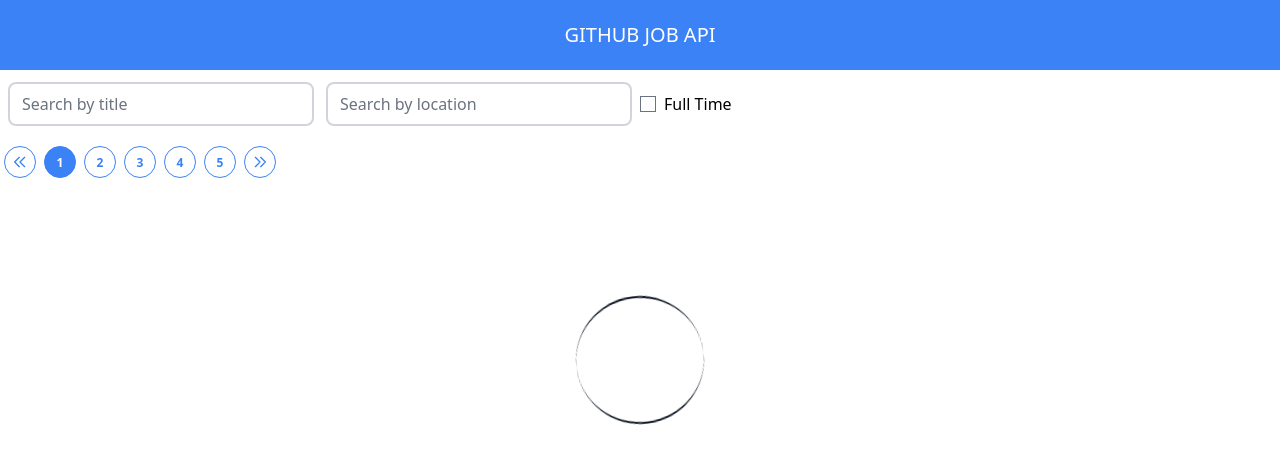
Repository: ShamroOoz/Github-job-api-React-Tailwind
Page: /
The author's editor kept a copy of each file at every save. The page is drawn from the files as they stood at one save, then again after the next save.
The browser window is 1280 px wide. The pictures show the whole page.
The page's requests for data from a server got no answer. The project was rebuilt for these pictures with package versions that can differ from the ones it lists, and the page was loaded fresh each time. No one was signed in, and anything a server would have sent is missing. Also part of the build but not shown: craco.config.js, src/components/Reducer/Job.js.

Above is the page before, as saved 2021-03-21 17:39:41.

### src/index.css
@tailwind base;
@tailwind components;
@tailwind utilities;

.text-style {
  @apply w-3/5 outline-none border-0 focus:ring-2 ring-indigo-600 border-2 border-gray-300 rounded-lg placeholder-gray-500 placeholder-opacity-100;
}

### src/App.js
import { useState } from "react";
import { useFetch } from "./components/Hooks/useFetch";
import NavBar from "./components/NavBar";
import SearchForm from "./components/SearchForm";
import Pagination from "./components/Pagination";
import Job from "./components/Reducer/Job";
import Spinner from "./components/Spinner";

function App() {
  const [params, setparam] = useState({});
  const [page, setpage] = useState(1);
  const { jobs, loading, error } = useFetch(params, page);

  const handleparamchange = (e) => {
    setpage(1);
    let param = e.target.name;
    let value = e.target.value;
    setparam((prevparams) => {
      return { ...prevparams, [param]: value };
    });
  };

  return (
    <>
      <NavBar />
      <SearchForm handleparamchange={handleparamchange} params={params} />
      {/* <div className="px-2">
        {loading && <div className="text-3xl font-bold">Loading..</div>}
        {error && (
          <div className="text-lg text-red-500">Error..Try refreshing</div>
        )}
        <div>
          {jobs &&
            jobs.map((job) => (
              <li className="leading-7 text-xl" key={job.id}>
                {job.title}
              </li>
            ))}
        </div>
      </div> */}
      {/* <Job /> */}
      <Spinner />
      <Pagination />
    </>
  );
}

export default App;

### src/components/Hooks/useFetch.js
import { useReducer, useEffect } from "react";
import axios from "axios";
import { reducer, ACTIONS } from "../Reducer/Reduce";

//
const { MAKE_REQUEST, GET_DATA, ERROR } = ACTIONS;
const BASE_URL =
  "https://secret-ocean-49799.herokuapp.com/https://jobs.github.com/positions.json";

const initialState = {
  jobs: [],
  loading: false,
  error: false,
};

export const useFetch = (params, page) => {
  const [state, dispatch] = useReducer(reducer, initialState);

  //useeffect hook to get data

  useEffect(() => {
    const cancelToken = axios.CancelToken.source();
    dispatch({ type: MAKE_REQUEST, payload: "" });
    axios
      .get(BASE_URL, {
        cancelToken: cancelToken.token,
        params: {
          markdown: true,
          page: page,
          ...params,
        },
      })
      .then((res) => {
        dispatch({ type: GET_DATA, payload: res.data });
        console.log(res.data);
      })
      .catch((err) => {
        if (axios.isCancel(err)) return;
        dispatch({ type: ERROR, payload: err });
      });
    //clean up
    return () => {
      cancelToken.cancel();
    };
  }, [page, params]);

  return state;
};

### src/components/NavBar.js
import React from "react";

const NavBar = () => {
  return (
    <nav className="relative flex flex-wrap items-center justify-center px-2 py-3 navbar-expand-lg bg-blue-500 ">
      <h2 className=" inline-block py-2 whitespace-no-wrap uppercase text-xl font-normal leading-normal  text-white">
        Github Job Api
      </h2>
    </nav>
  );
};

export default NavBar;

### src/components/SearchForm.js
import React from "react";

const SearchForm = ({ handleparamchange, params }) => {
  return (
    <form>
      <div className="grid grid-cols-2  ">
        <div className="py-3 px-2 flex space-x-3 ">
          <input
            className="text-style"
            type="text"
            placeholder={`Search by title `}
            name="description"
            value={params.description || ""}
            onChange={handleparamchange}
          />
          <input
            className="text-style"
            type="text"
            placeholder={`Search by location`}
            name="location"
            value={params.location || ""}
            onChange={handleparamchange}
          />
        </div>
        <div className="flex">
          <label className="flex items-center">
            <input
              type="checkbox"
              value={params.full_time || ""}
              onChange={handleparamchange}
            />
            <span className="ml-2">Full Time </span>
          </label>
        </div>
      </div>
    </form>
  );
};

export default SearchForm;

### src/components/Pagination.js
import React from "react";

const Pagination = () => {
  return (
    <div className="py-2">
      <nav className="block">
        <ul className="flex pl-0 rounded list-none flex-wrap">
          <li>
            <a
              href="#pablo"
              className="first:ml-0 text-xs font-semibold flex w-8 h-8 mx-1 p-0 rounded-full items-center justify-center leading-tight relative border border-solid border-blue-500 bg-white text-blue-500"
            >
              <svg
                xmlns="http://www.w3.org/2000/svg"
                fill="none"
                viewBox="0 0 24 24"
                stroke="currentColor"
                className="w-4"
              >
                <path
                  strokeLinecap="round"
                  strokeLinejoin="round"
                  strokeWidth="2"
                  d="M11 19l-7-7 7-7m8 14l-7-7 7-7"
                />
              </svg>
            </a>
          </li>
          <li>
            <a
              href="#pablo"
              className="first:ml-0 text-xs font-semibold flex w-8 h-8 mx-1 p-0 rounded-full items-center justify-center leading-tight relative border border-solid border-blue-500 text-white bg-blue-500"
            >
              1
            </a>
          </li>
          <li>
            <a
              href="#pablo"
              className="first:ml-0 text-xs font-semibold flex w-8 h-8 mx-1 p-0 rounded-full items-center justify-center leading-tight relative border border-solid border-blue-500 bg-white text-blue-500"
            >
              2
            </a>
          </li>
          <li>
            <a
              href="#pablo"
              className="first:ml-0 text-xs font-semibold flex w-8 h-8 mx-1 p-0 rounded-full items-center justify-center leading-tight relative border border-solid border-blue-500 bg-white text-blue-500"
            >
              3
            </a>
          </li>
          <li>
            <a
              href="#pablo"
              className="first:ml-0 text-xs font-semibold flex w-8 h-8 mx-1 p-0 rounded-full items-center justify-center leading-tight relative border border-solid border-blue-500 bg-white text-blue-500"
            >
              4
            </a>
          </li>
          <li>
            <a
              href="#pablo"
              className="first:ml-0 text-xs font-semibold flex w-8 h-8 mx-1 p-0 rounded-full items-center justify-center leading-tight relative border border-solid border-blue-500 bg-white text-blue-500"
            >
              5
            </a>
          </li>
          <li>
            <a
              href="#pablo"
              className="first:ml-0 text-xs font-semibold flex w-8 h-8 mx-1 p-0 rounded-full items-center justify-center leading-tight relative border border-solid border-blue-500 bg-white text-blue-500"
            >
              <svg
                xmlns="http://www.w3.org/2000/svg"
                fill="none"
                viewBox="0 0 24 24"
                stroke="currentColor"
                className="w-4"
              >
                <path
                  strokeLinecap="round"
                  strokeLinejoin="round"
                  strokeWidth="2"
                  d="M13 5l7 7-7 7M5 5l7 7-7 7"
                />
              </svg>
            </a>
          </li>
        </ul>
      </nav>
    </div>
  );
};

export default Pagination;

### src/components/Spinner.js
const Spinner = () => {
  return (
    <div class="fixed top-0 right-0 h-screen w-screen z-50 flex justify-center items-center">
      <div class="animate-spin rounded-full h-32 w-32 border-t-2 border-b-2 border-gray-900"></div>
    </div>
  );
};

export default Spinner;

### src/components/Reducer/Reduce.js
export const ACTIONS = {
  MAKE_REQUEST: "MAKE_REQUEST",
  GET_DATA: "GET_DATA",
  ERROR: "ERROR",
};

export const reducer = (state, action) => {
  switch (action.type) {
    case ACTIONS.MAKE_REQUEST:
      return { ...state, loading: true };
    case ACTIONS.GET_DATA:
      return {
        ...state,
        loading: false,
        jobs: action.payload,
      };
    case ACTIONS.ERROR:
      return { ...state, error: true };
    default:
      return state;
  }
};

Loaded but not shown: public/index.html (common file); src/index.js (common file); tailwind.config.js (common file)

After the next save:
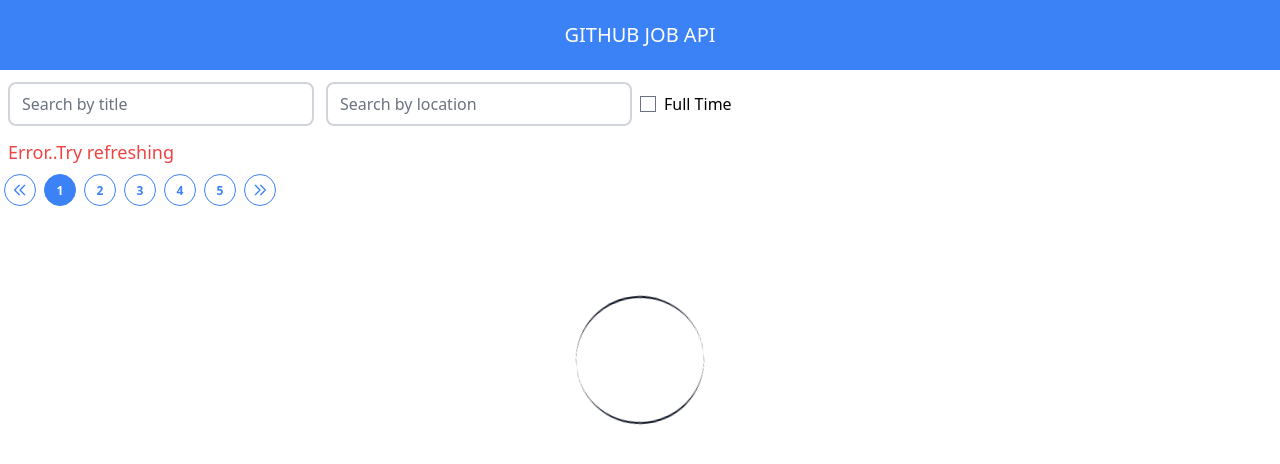
Saved 34 s later.
--- a/src/App.js
+++ b/src/App.js
@@ -24,8 +24,8 @@
     <>
       <NavBar />
       <SearchForm handleparamchange={handleparamchange} params={params} />
-      {/* <div className="px-2">
-        {loading && <div className="text-3xl font-bold">Loading..</div>}
+      <div className="px-2">
+        {loading && <Spinner />}
         {error && (
           <div className="text-lg text-red-500">Error..Try refreshing</div>
         )}
@@ -37,9 +37,9 @@
               </li>
             ))}
         </div>
-      </div> */}
+      </div>
       {/* <Job /> */}
-      <Spinner />
+
       <Pagination />
     </>
   );
